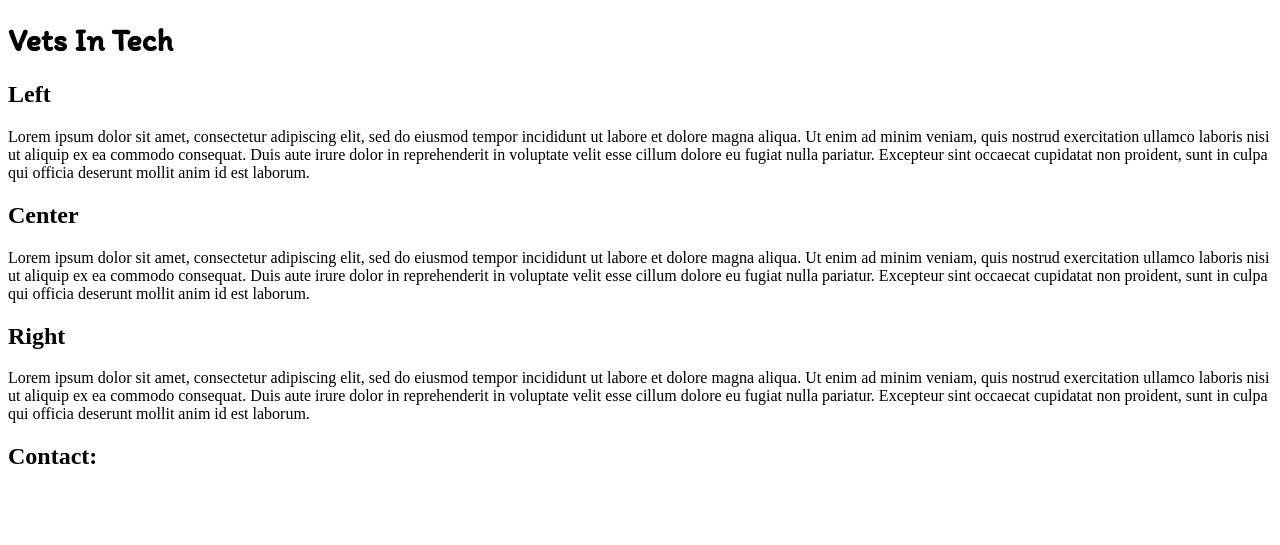
Repository: 3EyEdRav3n/10-2020-cohort-course
Page: week-1/Week-1 Assignment/index.html
An editor plug-in stored every save of this project. The page is shown before and after the next save, followed by the edit.
The browser window is 1280 px wide. The pictures show the whole page.

Above is the page before, as saved 2020-11-01 18:06:19.

### week-1/Week-1 Assignment/index.html
<!DOCTYPE html>
<html lang="en">
  <head>
    <meta charset="UTF-8" />
    <meta name="viewport" content="width=device-width, initial-scale=1.0" />
    <link rel="stylesheet" href="./styles.css" />
    <link
      href="https://fonts.googleapis.com/css2?family=Itim&display=swap"
      rel="stylesheet"
    />

    <title>VetTech</title>
  </head>
  <body>
    <div class="header">
      <h1>Vets In Tech</h1>
    </div>
    <div class="container">
      <div class="left-col">
        <h2>Left</h2>
        <p>
          Lorem ipsum dolor sit amet, consectetur adipiscing elit, sed do
          eiusmod tempor incididunt ut labore et dolore magna aliqua. Ut enim ad
          minim veniam, quis nostrud exercitation ullamco laboris nisi ut
          aliquip ex ea commodo consequat. Duis aute irure dolor in
          reprehenderit in voluptate velit esse cillum dolore eu fugiat nulla
          pariatur. Excepteur sint occaecat cupidatat non proident, sunt in
          culpa qui officia deserunt mollit anim id est laborum.
        </p>
      </div>
      <div class="center-col">
        <h2>Center</h2>
        <p>
          Lorem ipsum dolor sit amet, consectetur adipiscing elit, sed do
          eiusmod tempor incididunt ut labore et dolore magna aliqua. Ut enim ad
          minim veniam, quis nostrud exercitation ullamco laboris nisi ut
          aliquip ex ea commodo consequat. Duis aute irure dolor in
          reprehenderit in voluptate velit esse cillum dolore eu fugiat nulla
          pariatur. Excepteur sint occaecat cupidatat non proident, sunt in
          culpa qui officia deserunt mollit anim id est laborum.
        </p>
      </div>
      <div class="right-col">
        <h2>Right</h2>
        <p>
          Lorem ipsum dolor sit amet, consectetur adipiscing elit, sed do
          eiusmod tempor incididunt ut labore et dolore magna aliqua. Ut enim ad
          minim veniam, quis nostrud exercitation ullamco laboris nisi ut
          aliquip ex ea commodo consequat. Duis aute irure dolor in
          reprehenderit in voluptate velit esse cillum dolore eu fugiat nulla
          pariatur. Excepteur sint occaecat cupidatat non proident, sunt in
          culpa qui officia deserunt mollit anim id est laborum.
        </p>
      </div>
    </div>
    <div class="footer"></div>
    <h2>Contact:</h2>
  </body>
</html>

### week-1/Week-1 Assignment/styles.css

.container{
        font-family: 'Itim', cursive;
font-family: 'Roboto Slab', serif;
}


h1 {
        font-family: 'Itim', cursive;
}

After the next save:
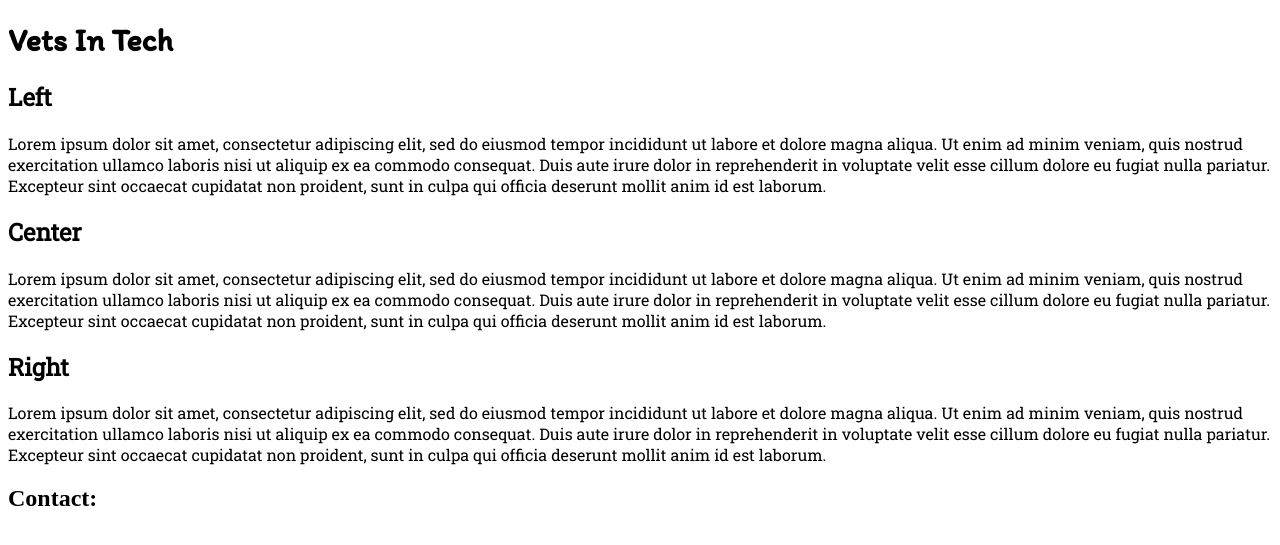
Saved 13 s later.
--- a/week-1/Week-1 Assignment/index.html
+++ b/week-1/Week-1 Assignment/index.html
@@ -6,6 +6,10 @@
     <link rel="stylesheet" href="./styles.css" />
     <link
       href="https://fonts.googleapis.com/css2?family=Itim&display=swap"
+      rel="stylesheet"
+    />
+    <link
+      href="https://fonts.googleapis.com/css2?family=Itim&family=Roboto+Slab&display=swap"
       rel="stylesheet"
     />
 
